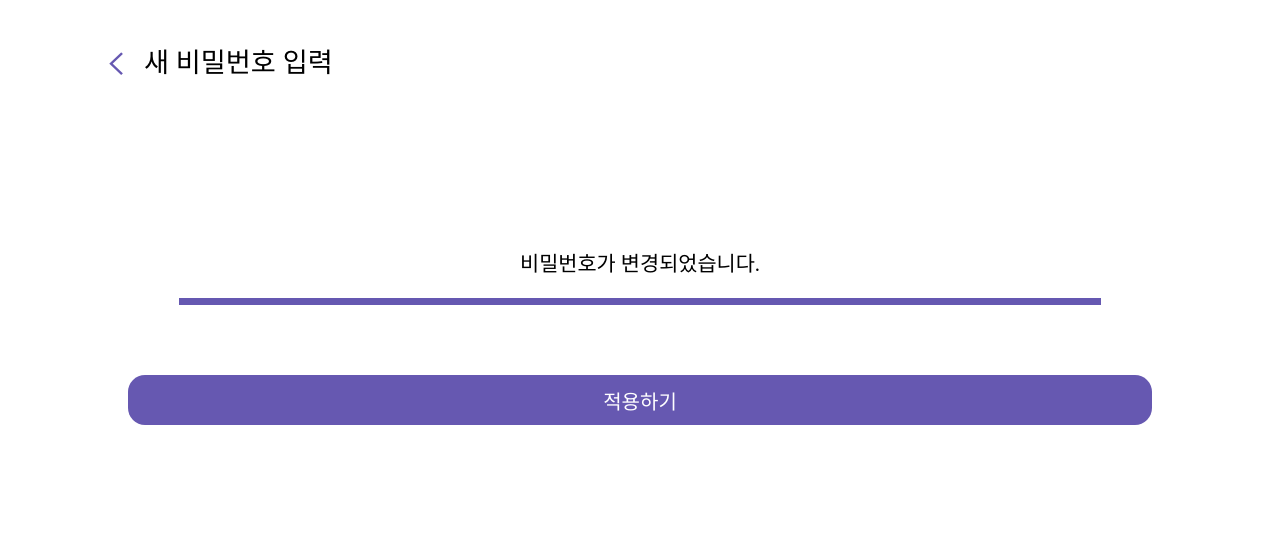
Repository: PEPI-dev/UI
Page: edit_profile/change_done.html
These files come from the project's save history. The page is drawn as it stood at one moment and after a run of saves; the edit follows.
The browser window is 1280 px wide. The pictures show the whole page.
Some web fonts or font styles are not loaded; a fallback is used.

Above is the page before, as saved 2023-12-05 17:31:54.

### edit_profile/change_done.html
<!DOCTYPE html>
<html lang="en">
<head>
    <meta charset="UTF-8">
    <meta name="viewport" content="width=device-width, initial-scale=1.0">
    <title>회원정보 수정</title>
    <link rel="stylesheet" href="../userFrame.css">
    <link rel="stylesheet" href="./change_done.css">
    <link rel="stylesheet" type="text/css" href="../a_XEIcon-2.2.0/xeicon.min.css">
</head>
<body>
    <header>
        <i class="xi-angle-left" id="back"></i>
        <span class="title">새 비밀번호 입력</span>
    </header>


    <div class="container">
        <p class="display">
            <!-- onclick 추가 -->
            <p class="txt">비밀번호가 변경되었습니다.</p>
            <div class="line"></div>
        </p>
        <button class="purple button" id="commit"maxlength="15">적용하기</button>
    </div>



</body>
</html>

### userFrame.css
/*색상*/
.purple {
    background-color: #6658B1;
}

.gold {
    background-color: #EF9E3E;
}

.yellow {
    background-color: #F6C080;
}

/*폰트 -> 이거만 사용, 이미 적용시켜놨어용*/
@font-face {
    font-family: 'Pretendard-Regular';
    src: url('https://cdn.jsdelivr.net/gh/Project-Noonnu/noonfonts_2107@1.1/Pretendard-Regular.woff') format('woff');
    font-weight: 400;
    font-style: normal;
}

* {
    font-family: 'Pretendard-Regular';
}
/*기본 설정*/
html {
    font-size: 16px;
    box-sizing: border-box;
}

body, header, footer{
    width: 100%;
    font-size: 1rem;
    margin: 0;
    padding: 0;
    box-sizing: border-box;
}

header {
    padding: 30px;
    padding-left: 8%;
    padding-top: 50px;
    display: flex;
    font-size: 1.7rem;
    font-weight: 500;
    line-height: 1.7rem;
}

.title{
    margin-left: 0.9rem;
}

.container{
    width: 80%;
    margin: auto;
    padding: 0;
    box-sizing: border-box;
}
/*검색창, 입력창*/
.search {
    border: 1px solid #d1d0d0;
    border-radius: 10px;
    width: 100%;
    height: 40px;
    padding: 5px 20px;
    box-sizing: border-box;
}
/*뒤로가기 버튼*/
.xi-angle-left {
    color: #6658B1;
}
/*기본 버튼*/
.button {
    color: white;
    font-size: 20px;
    font-weight: 500;
    border-radius: 17px;
    border: 0px;
    width: 100%;
    height: 50px;
    margin-top: 50px;
}

footer {
    height: 60px;
}

### edit_profile/change_done.css
.txt{
    text-align: center;
    font-size: 1.3rem;
}

.line {
    border-top: 7px solid rgb(101, 88, 177);
    width: 90%;
    margin: 0 auto;
    margin-top: 20px;
    margin-bottom: 20px;
}

.container{
    margin-top: 140px;
}


.commit{
    margin-top: 140px;
}

Loaded but not shown: a_XEIcon-2.2.0/xeicon.min.css (library)

After the next 4 saves:
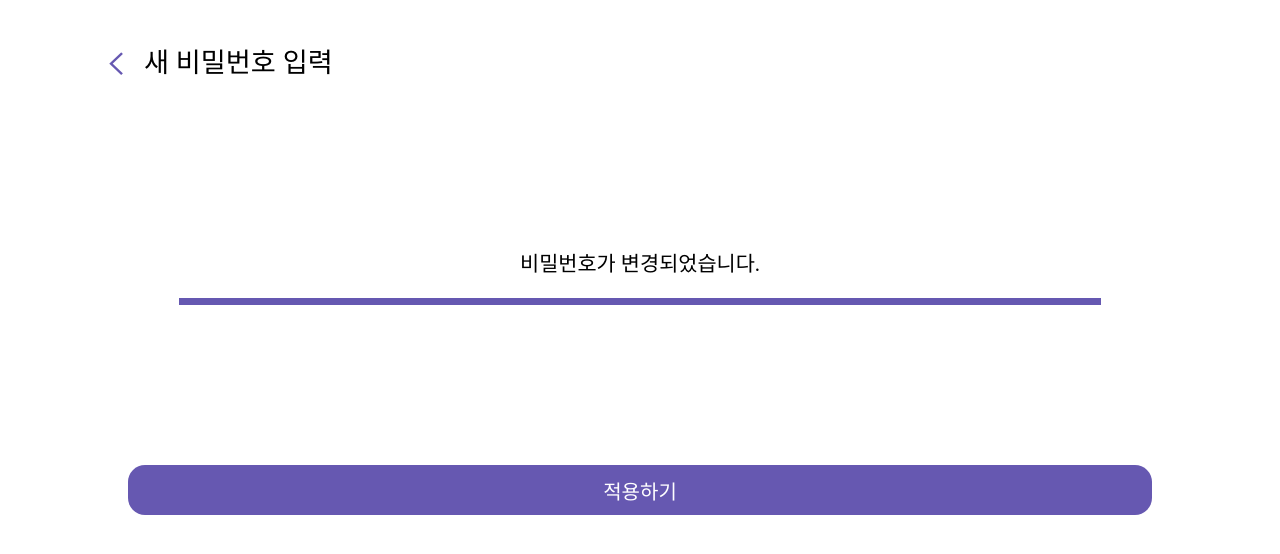
The 4 saves are shown as one change because they came seconds apart.
The last was saved 13 s later.
--- a/edit_profile/change_done.css
+++ b/edit_profile/change_done.css
@@ -16,6 +16,6 @@
 }
 
 
-.commit{
+#commit{
     margin-top: 140px;
 }
